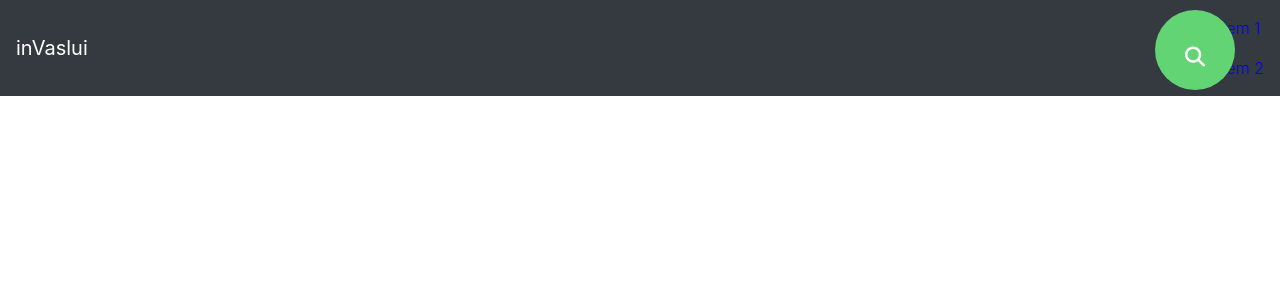
Repository: nicolasolo/in-vaslui
Page: index.html
The author's editor kept a copy of each file at every save. The page is drawn from the files as they stood at one save, then again after a run of saves.
The browser window is 1280 px wide. The pictures show the whole page.
Some web libraries are served in a nearby version.

Above is the page before, as saved 2020-03-29 21:15:14.

After the next 2 saves:
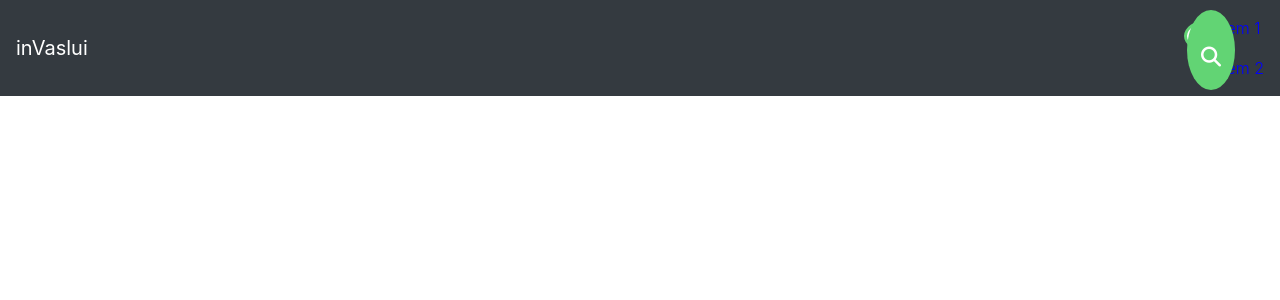
The 2 saves are shown as one change because they came seconds apart.
The last was saved 24 s later.
--- a/css/vaslui.css
+++ b/css/vaslui.css
@@ -42,7 +42,7 @@ a.navbar-brand{
 
 .btn{
     position: absolute;
-    width: 80px;
+    width: 3rem;
     height: 80px;
     background: #62d474;
     border-radius: 50%;
